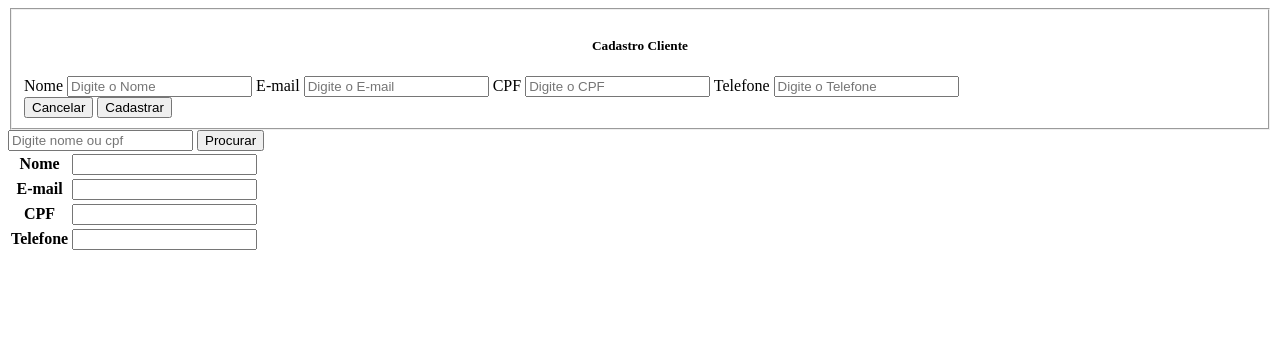
Repository: gabrielfeliphe/AssistenciaTecnica
Page: PI-AssistenciaTecnica/WebContent/pages/recepcao/funcao/cadastro_cliente.html
An editor plug-in stored every save of this project. The page is shown before and after the next save, followed by the edit.
The browser window is 1280 px wide. The pictures show the whole page.

Above is the page before, as saved 2021-11-17 14:26:59.
Console error: ReferenceError: BRIQUETE is not defined

### PI-AssistenciaTecnica/WebContent/pages/recepcao/funcao/cadastro_cliente.html
<!DOCTYPE html>
<html>
<head>
<meta charset="UTF-8">
<title>Cadastro de Clientes</title>

<script src="../../js/recepcao.js"></script>
</head>
<body>

	<div class="form-group">
	<div class="container col-lg-3 centered">
	<fieldset>
		<form name="frmAddCliente">
			 <h5 align="center">Cadastro Cliente</h5>
		 	<label>Nome</label>
		 	 <input type="text" class="form-control"  placeholder="Digite o Nome" name="nome">
		 	 <label>E-mail</label>
		 	 <input type="email" class="form-control"  placeholder="Digite o E-mail" name="email">
		 	 <label>CPF</label>
		 	 <input type="text" class="form-control"  placeholder="Digite o CPF" name="cpf">
		 	 <label>Telefone	</label>
		 	 <input type="text" class="form-control"  placeholder="Digite o Telefone" name="telefone">

			<div class="btnCadastro">
			<button type="reset">Cancelar</button>
			<button type="button" onclick="BRIQUETE.cliente.cadastrar()">Cadastrar</button>
		    </div>

		</form>
	</div>


	</div>
</fieldset>

<div class="container-search">
<input type="search"  id="procurarClientes" placeholder="Digite nome ou cpf">
<button type="button" onclick="BRIQUETE.cliente.procurarClienteCpf()">Procurar</button>
</div>

<div id="lista-clientes"> <!-- Usado posteriormente para aparecer a tabela -->

</div>

<div id="modalEditaCliente" class = "modalEditar">
	<form name="frmEditaCliente" id = "editaCliente" class="frmEditar">
		<table>
		<tr>
				<th>Nome</th>
						<td>
							<input type = "text" name = "nome">
						</td>
				</td>
		</tr>


		<tr>
				<th>E-mail</th>
				<td>
					<input type = "email" name = "email">
				</td>
		</tr>
		<tr>
				<th>CPF</th>
				<td>
					<input type = "text" name = "cpf">
				</td>
			</tr>
		<tr>
				<th>Telefone</th>
				<td>
					<input type = "text" name = "telefone">
				</td>
		</tr>
		</table>
		<input type="hidden" name="idCliente">
	</form>
</div>


</body>
</html>

### PI-AssistenciaTecnica/WebContent/js/recepcao.js
BRIQUETE.cliente = new Object();
BRIQUETE.orcamento = new Object();

//$.noConflict(); // ta carregando 2 jquery ?
$(document).ready(function() {


	BRIQUETE.cliente.cadastrar = function() {

		let novoCliente = new Object();

		var expApenasNumeros = new RegExp("^[0-9]+$")
		var email = /^\w+([-+.']\w+)*@\w+([-.]\w+)*\.\w+([-.]\w+)*$/
        var cpf = /^\d{3}\.\d{3}\.\d{3}\-\d{2}$/


		novoCliente.nome = document.frmAddCliente.nome.value;
		novoCliente.email = document.frmAddCliente.email.value;
		novoCliente.cpf = document.frmAddCliente.cpf.value;
		novoCliente.telefone = document.frmAddCliente.telefone.value;

		if (novoCliente.nome == "" || novoCliente.email == "" || novoCliente.cpf == "" || novoCliente.telefone == "") {
			BRIQUETE.exibirAviso("erro : preencha todos os campos!");
		}else if(email.test(novoCliente.email) == false){
			BRIQUETE.exibirAviso("não é email valido");
		}else if (!expApenasNumeros.test(novoCliente.telefone)){
			BRIQUETE.exibirAviso("Apenas números no telefone");
		}else if (!expApenasNumeros.test(novoCliente.cpf)){
			BRIQUETE.exibirAviso("Apenas números no cpf");
		}

		else {

			$.ajax({
				type: "POST",
				url: BRIQUETE.PATH + "cliente/cadastrar",
				data: JSON.stringify(novoCliente),
				success: function(msg) {
					console.log("adicionado novoCliente: " + novoCliente);
					BRIQUETE.cliente.buscarClientes();
				},
				error: function(info) {
					BRIQUETE.exibirAviso(info.responseText);
				}
			});
		}
	}


BRIQUETE.cliente.buscarClientes = function() {

		$.ajax({

			type: "GET",
			url: BRIQUETE.PATH + "cliente/buscar",
			success: function(dados) {
				console.log(dados);
				$("#lista-clientes").html(BRIQUETE.cliente.exibirClientes(dados));
			},
			error: function(info) {
				console.log("erro : " + info);
				//BRIQUETE.exibirAviso("Erro ao consultar os contatos: "+ info.status+" - " + info.statusText+ " - " + info.responseText);
			},

		});
	};

	BRIQUETE.cliente.buscarClientes();

BRIQUETE.cliente.exibirClientes = function(listaClientes){


	var tabela = "<table class='table table-bordered table-dark' id='tabelaExibeClientes'>" +
	"<tr>" +
	"<th>Nome</th>" +
	"<th>E-mail</th>" +
	"<th>CPF</th>" +
	"<th>Telefone</th>"+
	"<th>Ações</th>"
"</tr>";

if (listaClientes != undefined && listaClientes.length > 0) {

	for (var i = 0; i < listaClientes.length; i++) {
		tabela += "<tr>" +
			"<td>" + listaClientes[i].nome + "</td>" +
			"<td>" + listaClientes[i].email+ "</td>" +
			"<td>" + listaClientes[i].cpf + "</td>" +
			"<td>" + listaClientes[i].telefone + "</td>" +
			"<td>" +
			"<a onclick=\"BRIQUETE.cliente.exibirEdicao('" + listaClientes[i].idcliente + "')\"><img src='../../imgs/edit.png' alt='Editar registro'></a>" +
			"<a onclick=\"BRIQUETE.cliente.excluir('" + listaClientes[i].idcliente + "')\"><img src='../../imgs/delete.png' alt='Excluir registro'></a>" +
			"</td>" +
			"</tr>"
			}
	}else if (listaClientes == "") {
	tabela += "<tr><td colspan='6'>Nenhum registro encontrado</td></tr>";
}
tabela += "</table>";

return tabela;

};

BRIQUETE.cliente.excluir = function(idcliente) {

	console.log("invocado excluir")

	var modal = {

			title: "Mensagem",
			height: 250,
			width: 400,
			modal: true,
			buttons: {
				"Excluir": function(){
					$(this).dialog("close");
					$.ajax({
						type: "DELETE",
						url: BRIQUETE.PATH + "cliente/excluir/" + idcliente,
						success: function (msg){
							BRIQUETE.cliente.buscarClientes();
						},
						error: function(info){
							BRIQUETE.exibirAviso(info.responseText);
						},
					});
				},
				"Cancelar" : function(){
					$(this).dialog("close");
				}
			}
		};

		$("#modalAviso").html("Deseja realmente deletar esse cliente ?");
		$("#modalAviso").dialog(modal);
};


BRIQUETE.cliente.exibirEdicao = function(idcliente){

		console.log("idcliente exibir edição: "+idcliente)

		$.ajax({
			type: "GET",
			url: BRIQUETE.PATH + "cliente/buscarPorId",
			data: "idcliente="+idcliente,
			success: function(cliente){

				document.frmEditaCliente.nome.value = cliente.nome;
				document.frmEditaCliente.email.value = cliente.email;
				document.frmEditaCliente.cpf.value = cliente.cpf;
				document.frmEditaCliente.telefone.value = cliente.telefone;
				document.frmEditaCliente.idCliente.value = idcliente;


				var modalEditaCliente = {
						title: "Editar Cliente",
						height: 400,
						width: 500,
						modal: true,
						buttons:{
							"Cancelar": function(){
								$(this).dialog("close");
							},
							"Salvar": function(){
								BRIQUETE.cliente.editar();
								$(this).dialog("close"); // ADICIONAR ESSA LINHA PARA RETIRAR OS ERRORS DE CLOSE
							}
						},
						close: function(){
							//caso o usuário simplesmente feche a caixa de edição
							// nao deve acontecar nada
						}
				};

				$("#modalEditaCliente").dialog(modalEditaCliente);

			},
			error: function(info){

				BRIQUETE.exibirAviso("Erro ao buscar o funcionário para a edição "+info.status+" - "+info.statusText+ " - " + info.responseText);
			}
		});

	};


BRIQUETE.cliente.editar = function (){

		var cliente = new Object();
		cliente.nome = document.frmEditaCliente.nome.value;
		cliente.email = document.frmEditaCliente.email.value;
		cliente.cpf = document.frmEditaCliente.cpf.value;
		cliente.telefone = document.frmEditaCliente.telefone.value;
		cliente.idcliente = document.frmEditaCliente.idCliente.value;


		var reg = /^\w+([-+.']\w+)*@\w+([-.]\w+)*\.\w+([-.]\w+)*$/
			if(reg.test(cliente.email) == false){
				BRIQUETE.exibirAviso("não é email valido")
			}else{


		$.ajax({
			type: "PUT",
			url: BRIQUETE.PATH + "cliente/alterar",
			data: JSON.stringify(cliente),
			success: function(msg){
				BRIQUETE.exibirAviso(msg);
				BRIQUETE.cliente.buscarClientes();
				$("#modalEditaCliente").dialog("close");
			},
			error: function(info){
				BRIQUETE.exibirAviso("Erro ao editar cliente: "+info.responseText);
			}
		});
			}

	}


BRIQUETE.cliente.procurarClienteCpf = function(){
  var input, filter, table, tr, td, i, txtValue;
  input = document.getElementById("procurarClientes");
  filter = input.value.toUpperCase();
  table = document.getElementById("tabelaExibeClientes");
  tr = table.getElementsByTagName("tr");
  for (i = 0; i < tr.length; i++) {
    td = tr[i].getElementsByTagName("td")[0];
    if (td) {
      txtValue = td.textContent || td.innerText;
      if (txtValue.toUpperCase().indexOf(filter) > -1) {
        tr[i].style.display = "";
      } else {
        tr[i].style.display = "none";
      }
    }
  }
}


BRIQUETE.orcamento.procurarClientes = function(){

	console.log("entrou procurar clientes")

	$.ajax({

		type: "GET",
		url: BRIQUETE.PATH + "cliente/buscar",
		success: function(dados) {
			BRIQUETE.orcamento.exibirClientes(dados)
		},
		error: function(info) {
			console.log("erro : " + info);
			//BRIQUETE.exibirAviso("Erro ao consultar os contatos: "+ info.status+" - " + info.statusText+ " - " + info.responseText);
		},

	});

}


BRIQUETE.orcamento.exibirClientes = function(clientes){

	select = "#listaClientes";


	if(document.frmAberturaOrcamento.listaClientes.length == 0){


	var option = document.createElement("option");
	option.setAttribute ("idcliente", "");
	option.innerHTML = ("Escolha");
	$(select).append(option);

	for(var i = 0 ; i < clientes.length; i++){
		var option = document.createElement("option");
		option.value = clientes[i].idcliente;
		//option.setAttribute("idcliente",clientes[i].idcliente);

		option.innerHTML = (clientes[i].nome);
		$(select).append(option);


	}
	}
}

BRIQUETE.orcamento.cadastrar = function(){
	let orcamento = new Object();

	orcamento.idcliente = document.frmAberturaOrcamento.listaClientes.value;
	orcamento.equipamentoNome = document.frmAberturaOrcamento.equipamento.value;
	orcamento.equipamentoModeloCodigo = document.frmAberturaOrcamento.modelo_codigo.value;
	orcamento.defeito = document.frmAberturaOrcamento.defeito.value;
	orcamento.garantia = document.frmAberturaOrcamento.garantia.value;
	orcamento.data = document.frmAberturaOrcamento.data.value;

	if(orcamento.idcliente==""){
		BRIQUETE.exibirAviso("Selecione um cliente");
	}else if(orcamento.equipamentoNome==""){
		BRIQUETE.exibirAviso("Insira o nome do equipamento")
	}else if(orcamento.equipamentoModeloCodigo==""){
		BRIQUETE.exibirAviso("Insira o modelo ou código do equipamento");
	}else if(orcamento.defeito==""){
		BRIQUETE.exibirAviso("Insira o defeito do equipamento")
	}else if(orcamento.garantia==""){
		BRIQUETE.exibirAviso("Selecione a vigencia da garantia")
	}else if(orcamento.data==""){
		BRIQUETE.exibirAviso("Selecione a data de entrada do equipamento")
	}else{

	$.ajax({
		type: "POST",
		url: BRIQUETE.PATH + "servicos/cadastrarOrcamento",
		data: JSON.stringify(orcamento),
		success: function(msg) {
			BRIQUETE.exibirAviso(msg);
			document.getElementById("frm-AberturaOrcamento").reset();
		},
		error: function(info) {
			BRIQUETE.exibirAviso(info.responseText);
		}
	});
  }

}


});

After the next save:
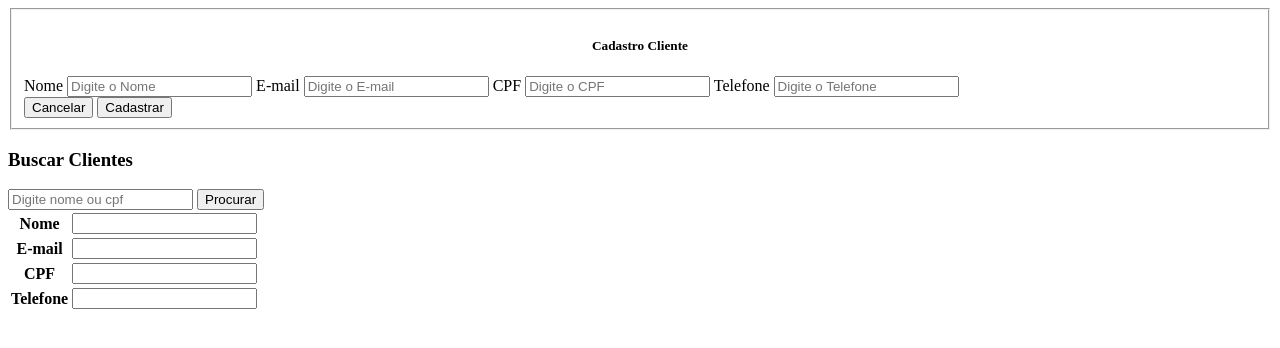
Saved 25 min 2 s later.
--- a/PI-AssistenciaTecnica/WebContent/pages/recepcao/funcao/cadastro_cliente.html
+++ b/PI-AssistenciaTecnica/WebContent/pages/recepcao/funcao/cadastro_cliente.html
@@ -35,6 +35,7 @@
 </fieldset>
 
 <div class="container-search">
+<h3>Buscar Clientes</h3>
 <input type="search"  id="procurarClientes" placeholder="Digite nome ou cpf">
 <button type="button" onclick="BRIQUETE.cliente.procurarClienteCpf()">Procurar</button>
 </div>
